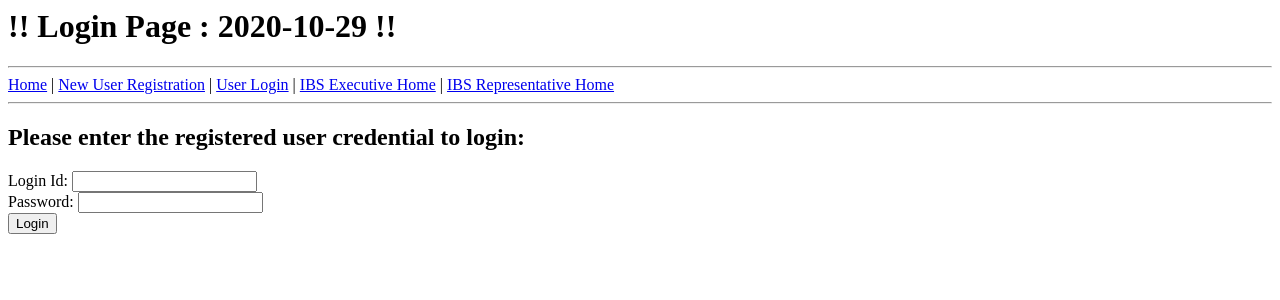
Repository: anik84/ibs
Page: http://localhost/IBS/user_login.jsp
An editor plug-in stored every save of this project. The page is shown before and after the next save, followed by the edit.
The browser window is 1280 px wide. The pictures show the whole page.
The page is served by Tomcat 9.

Above is the page before, as saved 2020-10-29 06:01:26.

After the next save:
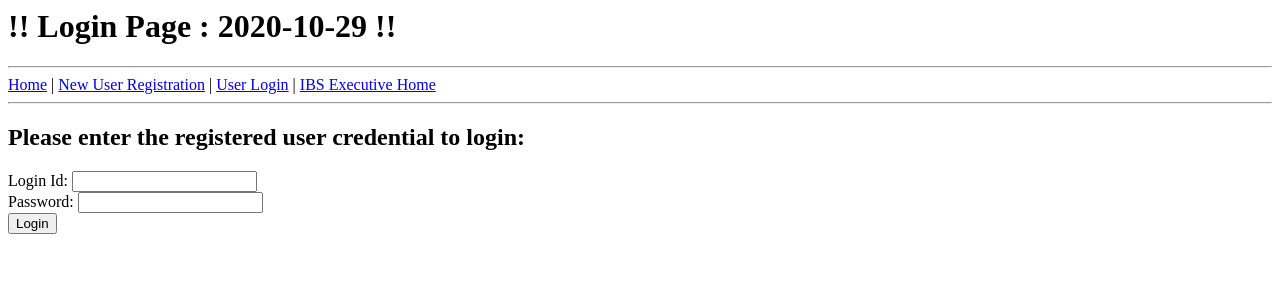
Saved 71 s later.
--- a/IBS_JSPs/IBS/WebContent/user_menu.jsp
+++ b/IBS_JSPs/IBS/WebContent/user_menu.jsp
@@ -6,8 +6,6 @@
 	 <span> | </span>
 	 <a href="user_login.jsp">User Login</a>
 	 <span> | </span>
-	 <a href="ibs_executive_home.jsp">IBS Executive Home</a>
-	 <span> | </span>
-	 <a href="ibs_representative_home.jsp">IBS Representative Home</a>
+	 <a href="ibs_employee_login.jsp">IBS Executive Home</a>
 	<hr />
 </nav>
